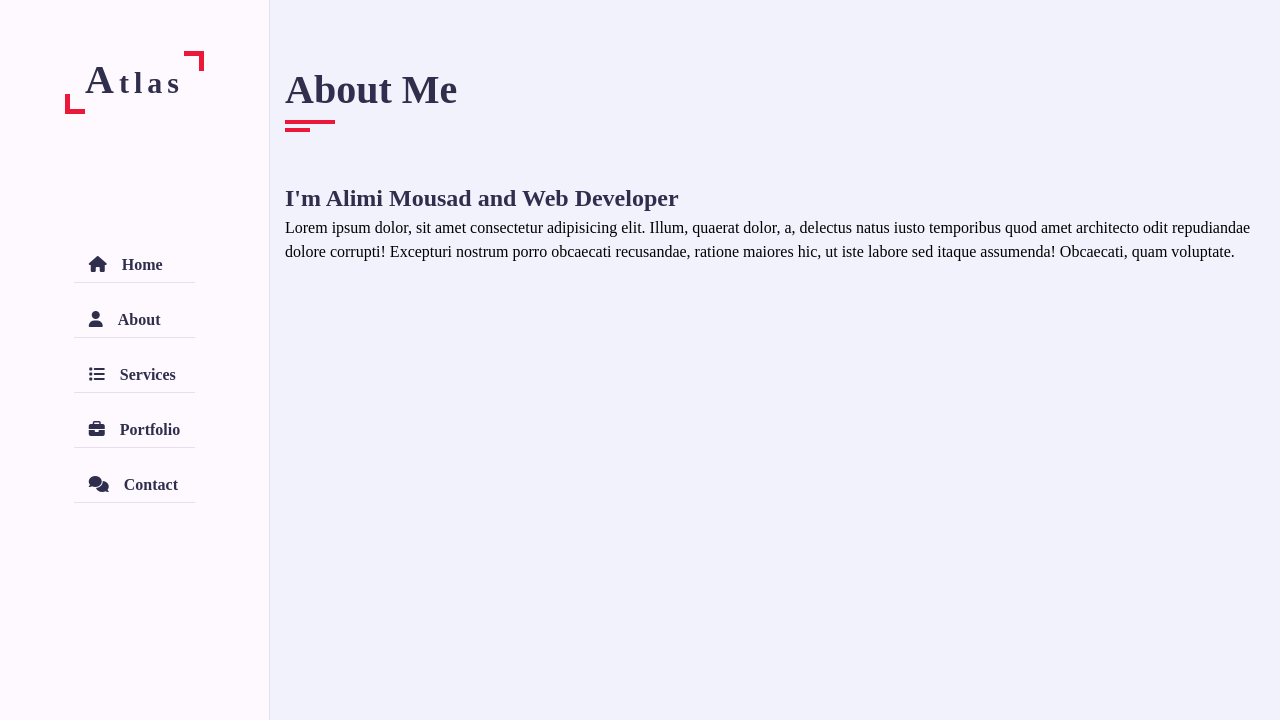
Repository: luanhoang0902/portfolio-ui
Page: index.html
The author's editor kept a copy of each file at every save. The page is drawn from the files as they stood at one save, then again after the next save.
The browser window is 1280 px wide. The pictures show the whole page.
Some web fonts or font styles are not loaded; a fallback is used. Some web libraries are served in a nearby version.

Above is the page before, as saved 2022-06-02 15:57:35.

After the next save:
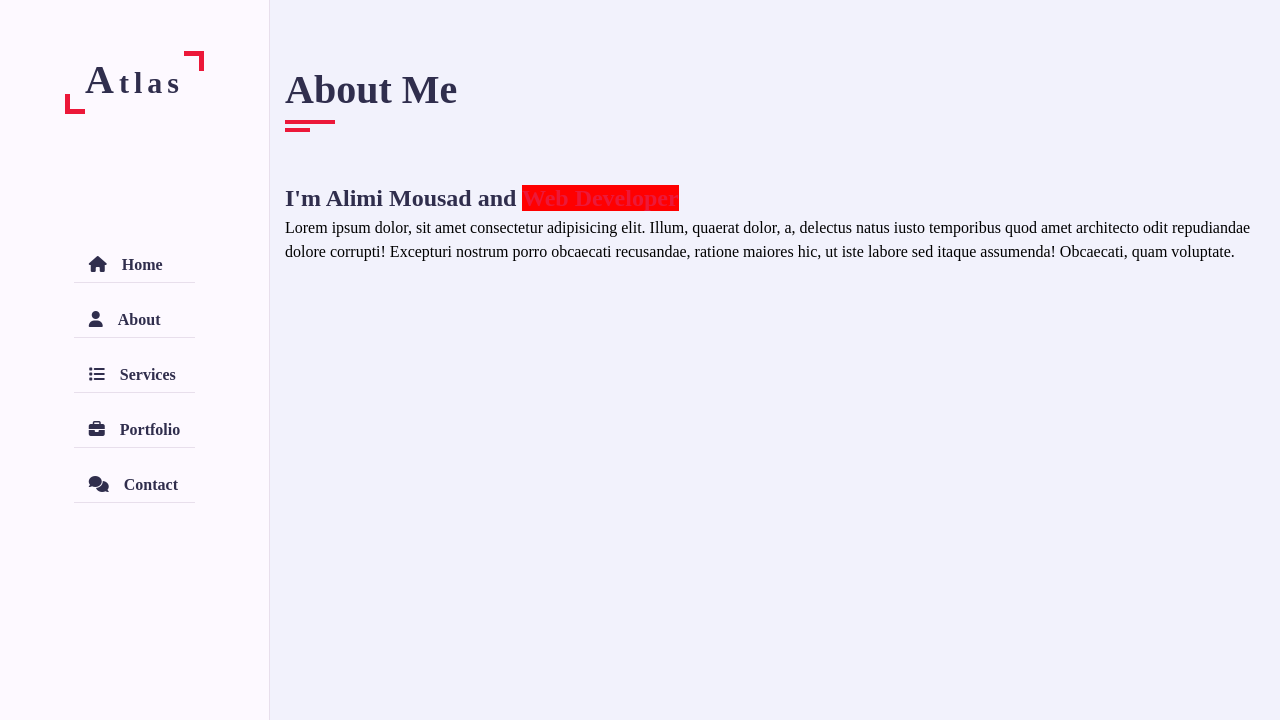
Saved 13 s later.
--- a/css/style.css
+++ b/css/style.css
@@ -359,7 +359,7 @@
     font-weight: 700;
     color: var(--text-black-900);
 }
-.about .about-content .about-content h3 span
+.about .about-content .about-text h3 span
 {
     color: var(--skin-color);
     background: red;
